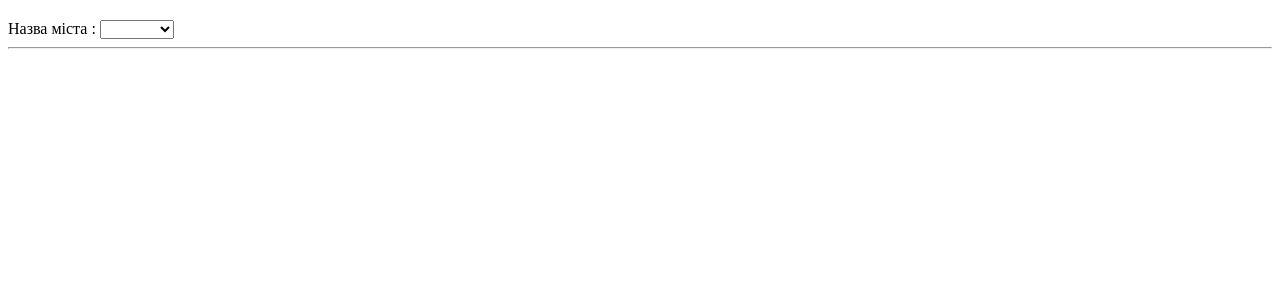
Repository: AnatoliyZaporozhets/HomeTask
Page: / (app in HomeWork_1/)
These files come from the project's save history. The page is drawn as it stood at one moment and after the next save; the edit follows.
The browser window is 1280 px wide. The pictures show the whole page.
The project was rebuilt for these pictures with package versions that can differ from the ones it lists, and the page was loaded fresh each time.

Above is the page before, as saved 2022-04-12 17:55:00.

### HomeWork_1/src/App.vue
<template>
  <div>
    <!-- <img alt="Vue logo" src="./assets/logo.png" /> -->
    <!-- 3. Використовуємо -->
    <!-- <products-list :product-list-data="listData" /> -->
    <weather
     :wetherData='weatherDataList'
    />
    <hr>
  </div>
</template>

<script>
//1.Імпортуємо компонент
// import ProductsList from './components/ProductsList'
import Weather from './components/Weather'
export default {
  name: 'App',
  components: {
    //2.Реєструємо
    // ProductsList,
    Weather,
  },

  data() {
    return {
      listData: [
        {
          id: 1,
          productName: 'Сир',
          price: 100,

        },
        {
          id: 2,
          productName: 'Олія',
          price:200,

        },
      ],
      weatherDataList:[
        {
          id:12,
          nameCity:'Ужгород',
          day:12,
          temperature:12,
          humidity:82,
          atmosphericPressure:742,
          windSpeed:2

        },
        {
          id:13,
          nameCity:'Київ',
          day:13,
          temperature:13,
          humidity:83,
          atmosphericPressure:743,
          windSpeed:3

        },
        {
          id:14,
          nameCity:'Харків',
          day:14,
          temperature:14,
          humidity:84,
          atmosphericPressure:744,
          windSpeed:4

        },
      ]
      ,
    }
  },
}
</script>

<style>
#app {

  /* text-align: center; */

  margin-top: 20px;
}
</style>

### HomeWork_1/src/components/Weather/index.vue
<template>
    <div>
        <label>
          Назва міста :
          <!-- <input type="text" v-model="searchProductTitle" /> -->
          <select v-model="searchCityTitle">
            <option
              v-for="wether in wetherData"
              :key="wether.id"
              :value="wether.nameCity"
            >
              {{wether.nameCity}}

            </option>
          </select>
        </label>
      </div>
   <div v-for="weather in filteredWetherListData" :key="weather.id">
     <div>День : {{weather.day}}</div>
     <div> Температура : {{weather.temperature}} С</div>
     <div class="weather">
        <h2>Погодні умови : </h2>
           <ul style="list-style-type:none;">
           <li>Вологість:{{weather.humidity}}%</li>
           <li>Тиск:{{weather.atmosphericPressure}}.атм</li>
           <li>Швидкість вітру{{weather.windSpeed}} м/с</li>
         </ul>
      </div>
   </div>
</template>

<script>
    export default {
  name: 'Weather',

  props: {
    wetherData: {
      type: Array,
      default: () => [], //Якщо об"єкт - то функція, що повертає значення
    },
  },

    data(){
        return{
          searchCityTitle: null
        }
    },
    computed:{
        filteredWetherListData(){
           return  this.wetherData.filter((wether) =>
          wether.nameCity.includes(this.searchCityTitle
        ));
    }}}
</script>

<style lang="css" scoped>
.weather{
  border: 2px solid black;
}
</style>

### HomeWork_1/src/components/ProductsList/index.vue
<template>
  <div class="list-container">
    <product-card
      v-for="product in productListData"
      :key="product.id"
      :productName="product.productName"
      :price="product.price"
      :pdv="product.pdv"
    />
  </div>
</template>

<script>
import ProductCard from './ProductCard'
export default {
  name: 'ProductList',

  components: {
    ProductCard,
  },

  props: {
    productListData: {
      type: Array,
      default: () => [], //Якщо об"єкт - то функція, що повертає значення
    },
  },
}
</script>

<style lang="css" scoped>
.list-container {
  display: flex;
}
</style>

### HomeWork_1/src/components/ProductsList/ProductCard/index.vue
<template>
  <div class="container">
    <table>
        <tr>
            <td>Назва продукту</td>
            <td>{{productName}}</td>
        </tr>
        <tr>
            <td>Вартість</td>
            <td>{{price}}.грн</td>
        </tr>
        <tr>
            <td>ПДВ</td>
            <td>{{pdv}}%</td>
        </tr>
        <tr>
            <td>До оплати</td>
            <td>{{ (price*((100+pdv)/100))}}.грн</td>
        </tr>
    </table>
  </div>
</template>

<script>
export default {
  name: 'ProductCard',

  props: {
    productName: {
      type: String,
      required: true,
    },
    price: {
      type: Number,
      required: true,
    },
    pdv: {
      type: Number,
      default: 5,
    },
  },
}
</script>

<style lang="css" scoped>
.container{
    border: 2px solid black;
}
td{
  border: 2px solid black;
}
</style>

Loaded but not shown: HomeWork_1/public/index.html (common file); HomeWork_1/src/main.js (common file)

After the next save:
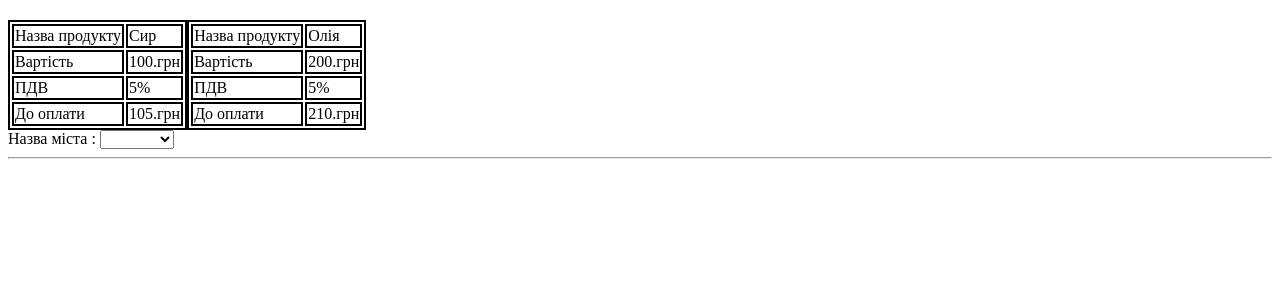
Saved 2 min 3 s later.
--- a/HomeWork_1/src/App.vue
+++ b/HomeWork_1/src/App.vue
@@ -2,7 +2,7 @@
   <div>
     <!-- <img alt="Vue logo" src="./assets/logo.png" /> -->
     <!-- 3. Використовуємо -->
-    <!-- <products-list :product-list-data="listData" /> -->
+    <products-list :product-list-data="listData" />
     <weather
      :wetherData='weatherDataList'
     />
@@ -12,13 +12,13 @@
 
 <script>
 //1.Імпортуємо компонент
-// import ProductsList from './components/ProductsList'
+import ProductsList from './components/ProductsList'
 import Weather from './components/Weather'
 export default {
   name: 'App',
   components: {
     //2.Реєструємо
-    // ProductsList,
+    ProductsList,
     Weather,
   },
 
